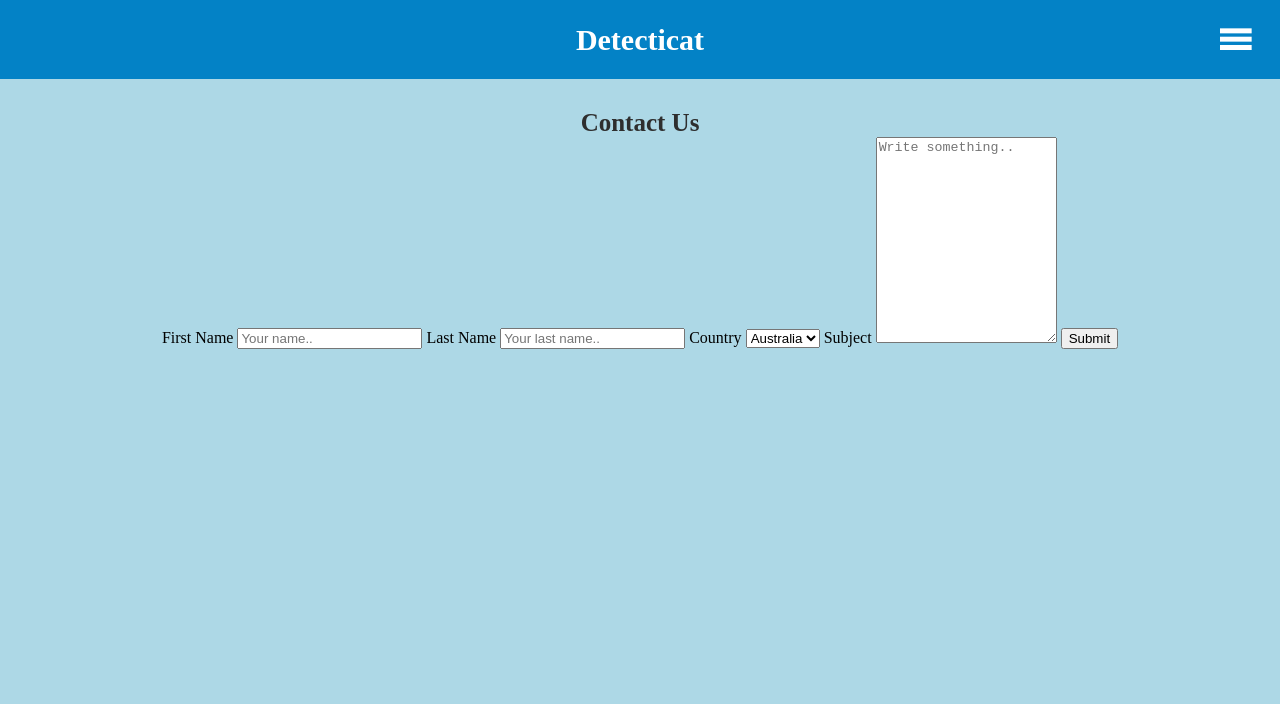
Repository: cynthiahcheng/Detecticat
Page: contact page/contact-us.html
The author's editor kept a copy of each file at every save. The page is drawn from the files as they stood at one save, then again after the next save.
The browser window is 1280 px wide. The pictures show the whole page.

Above is the page before, as saved 2020-03-14 20:29:42.
Not found: contact page/contact-us.js

### contact page/contact-us.html
<!DOCTYPE html>
<html lang="en">

<head>
    <meta charset="UTF-8">
    <meta name="viewport" content="width=device-width, initial-scale=1.0">
    <link href="https://fonts.googleapis.com/icon?family=Material+Icons" rel="stylesheet">
    <link rel="stylesheet" href="contact-us.css" type="text/css" />
    <title>Detecticat</title>
</head>

<body>
    <div class="header">
        <div class="header_title">Detecticat</div>
        <i class="material-icons" onclick="menuOpen()">menu</i>
    </div>

    <div class="nav">
        <div class="nav_close" onclick="menuClose()">
            <img class="close" src="svg/close.svg">
        </div>
        <div class="nav_sub">
            <div>Home</div>
            <div>About</div>
            <div>Game</div>
            <div>Contact Us</div>
        </div>
    </div>

    <div id="app">
        <div class="info">
            <div class="subhead">Contact Us</div>


            <form action="/action_page.php">
                <label for="fname">First Name</label>
                <input type="text" id="fname" name="firstname" placeholder="Your name..">

                <label for="lname">Last Name</label>
                <input type="text" id="lname" name="lastname" placeholder="Your last name..">

                <label for="country">Country</label>
                <select id="country" name="country">
                    <option value="australia">Australia</option>
                    <option value="canada">Canada</option>
                    <option value="usa">USA</option>
                </select>

                <label for="subject">Subject</label>
                <textarea id="subject" name="subject" placeholder="Write something.." style="height:200px"></textarea>

                <input type="submit" value="Submit">
            </form>
        </div>

        <script src="contact-us.js"></script>
</body>

</html>

### contact page/contact-us.css
body, html {
    margin:0;
    padding:0;
    background-color:lightblue;
}

.header {
    display:flex;
    justify-content: center;
    align-items: center;
    background-color: #0382C6;
    height:11vh;
}

.header_title {
    font-size:30px;
    font-family:Futura;
    font-weight:bold;
    color:white;
    position: relative;
    align-items: center;
}

.material-icons {
    font-weight:bold;
    font-size:40px;
    color:white;
    position: absolute;
    padding:10px;
    right:15px;
    cursor:pointer;
}

.nav {
    position:absolute;
    right:0;
    opacity:0;
    background-color: #0382C6;
    transition: opacity 0.1s;
}

.nav_close {
    border: 2.5px solid #073F9A;
    border-radius: 7px;
    position:absolute;
    right: 25px;
    width:20px;
    height:20px;
    padding:3px;
    cursor:pointer;
}

.nav_close_btn {
    width:23px;
    height:23px;
    margin-top:3.5px;
    margin-left:3.5px;
}

.nav_sub {
    font-size:20px;
    font-family:futura;
    font-weight:600;
    line-height:1.5;
    color:white;
    margin-top:40px;
    padding:15px 50px 15px 18px;
    cursor:pointer;
}

/* #app {
    background-color:lightblue;
} */
.info {
    display:flex;
    flex-direction:column;
    align-items: center;
}

.subhead {
    font-size:25px;
    font-family:futura;
    color:rgb(46, 46, 46);
    font-weight:600;
    padding-top:30px;
}

.description {
    font-size:20px;
    font-family:futura;
    padding-top:30px;
    line-height: 1.2;
}

.hamster_out_jail {
    display:flex;
    align-items: center;
    justify-content: center;
    margin: 25px;
    padding-top: 20px;
}

#footer {
    display:flex;
}

.footer_cat {
    position:fixed;
    left:40px;
    bottom:14px;
}

.footer_try-again {
    position:fixed;
    right:0;
    bottom:-11px;
    cursor:pointer;
}

After the next save:
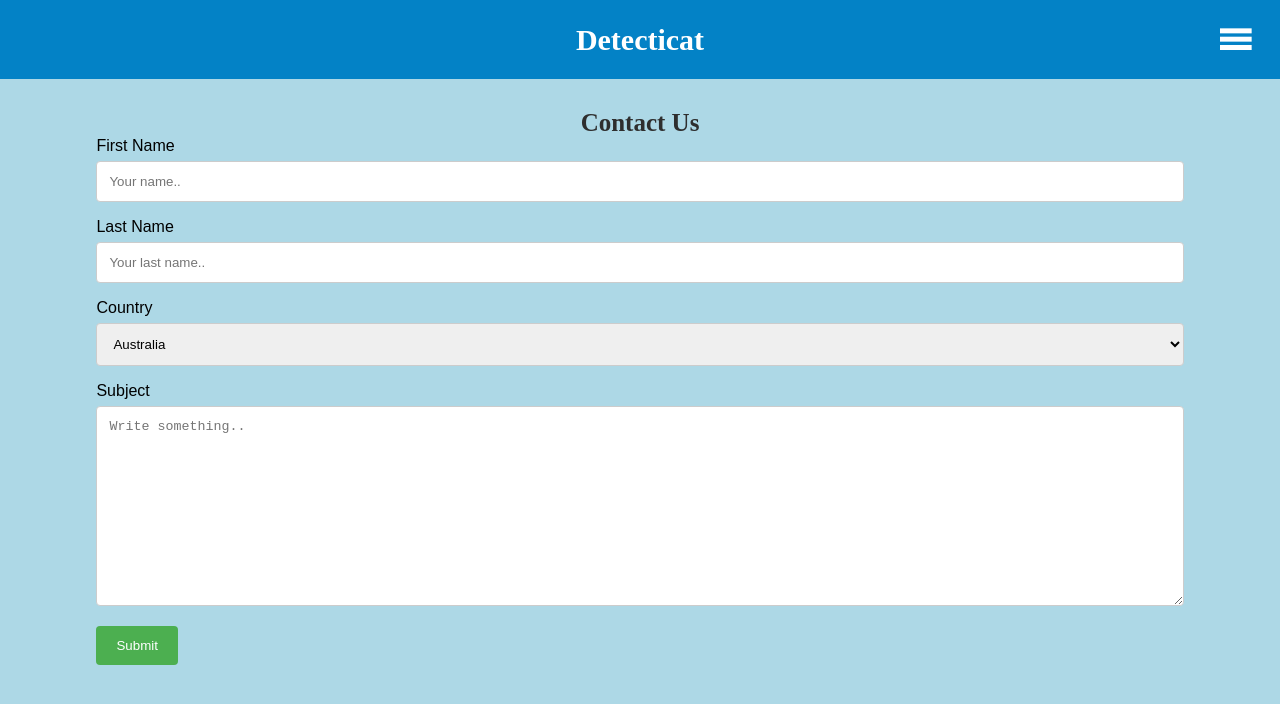
Saved 49 s later.
--- a/contact page/contact-us.css
+++ b/contact page/contact-us.css
@@ -1,3 +1,36 @@
+body {font-family: Arial, Helvetica, sans-serif;}
+* {box-sizing: border-box;}
+
+input[type=text], select, textarea {
+  width: 100%;
+  padding: 12px;
+  border: 1px solid #ccc;
+  border-radius: 4px;
+  box-sizing: border-box;
+  margin-top: 6px;
+  margin-bottom: 16px;
+  resize: vertical;
+}
+
+input[type=submit] {
+  background-color: #4CAF50;
+  color: white;
+  padding: 12px 20px;
+  border: none;
+  border-radius: 4px;
+  cursor: pointer;
+}
+
+input[type=submit]:hover {
+  background-color: #45a049;
+}
+
+.container {
+  border-radius: 5px;
+  background-color: #f2f2f2;
+  padding: 20px;
+}
+
 body, html {
     margin:0;
     padding:0;
